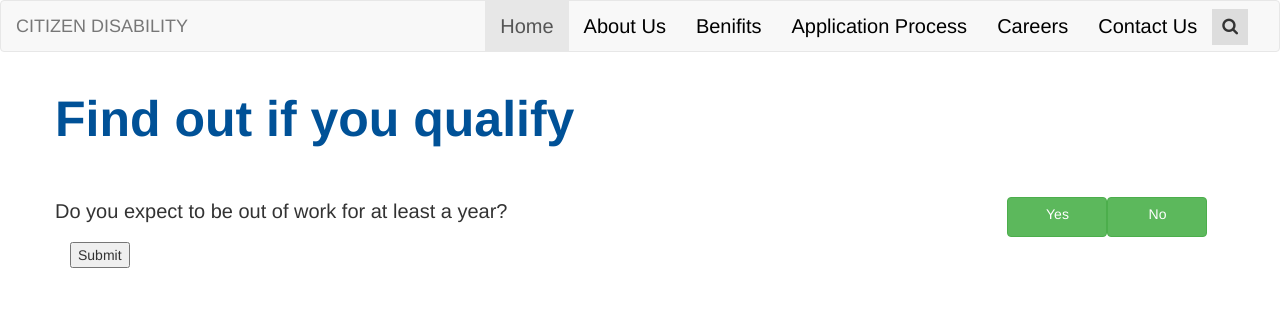
Repository: welcome0605/Embed-html-integrate-with-API
Page: Home.html
The author's editor kept a copy of each file at every save. The page is drawn from the files as they stood at one save, then again after the next save.
The browser window is 1280 px wide. The pictures show the whole page.

Above is the page before, as saved 2019-04-27 15:18:18.

### Home.html
<!DOCTYPE html>
<html lang="en">
<head>
  <title>CITIZEN DISABILITY</title>
  <meta charset="utf-8">
  <meta name="viewport" content="width=device-width, initial-scale=1">
  <link rel="stylesheet" href="https://maxcdn.bootstrapcdn.com/bootstrap/3.4.0/css/bootstrap.min.css">
  <script src="https://ajax.googleapis.com/ajax/libs/jquery/3.3.1/jquery.min.js"></script>
  <script src="https://maxcdn.bootstrapcdn.com/bootstrap/3.4.0/js/bootstrap.min.js"></script>
  <link rel = "stylesheet" type = "text/css" href = "./css/base.css" />
  <link rel="stylesheet" href="https://cdnjs.cloudflare.com/ajax/libs/font-awesome/4.7.0/css/font-awesome.min.css">
</head>
<body>

<nav class="navbar navbar-default">
  <div class="container-fluid">
    <div class="navbar-header">
      <a class="navbar-brand" href="Home.html">CITIZEN DISABILITY</a>
    </div>
    <ul class="nav navbar-nav div_right">
      <li class="active"><a href="Home.html">Home</a></li>
      <li><a href="About Us.html">About Us</a></li>
      <li><a href="Benifits.html">Benifits</a></li>
      <li><a href="Application Process.html">Application Process</a></li>
      <li><a href="Careers.html">Careers</a></li>
      <li><a href="Contact Us.html">Contact Us</a></li>
      <!-- <input type="text" placeholder="Search.." name="search"> -->
      <button type="button"><i class="fa fa-search"></i></button>
    </ul>
  </div>
</nav>

<div class="container">
  <!-- <h3>Basic Navbar Example1</h3>
  <p>A navigation bar is a navigation header that is placed at the top of the page.</p> -->
  <!-- <form method="POST"> -->
    <div class="div_entire">
      <div class="row"><h2 class="title">Find out if you qualify</h2></div>
      <div class="row radio_buttons" id="question_1_container">
        <div class="div_label">Do you expect to be out of work for at least a year?</div>
        <div class="btn-group-toggle" data-toggle="buttons">
          <label class="btn btn-success radio_q"><input type="radio"  value="Yes"  class="form_input valid" >Yes</label>
          <label class="btn btn-success radio_q"><input type="radio"  value="No"  class="form_input valid" >No</label>
        </div>
      </div>
      <input type="submit" value="Submit">
    </div>
  <!-- </form> -->
</div>

</body>
</html>

### css/base.css
navbar-default .navbar-nav>.active>a, .navbar-default .navbar-nav>.active>a:focus, .navbar-default .navbar-nav>.active>a:hover {
    background-color: #005197 !important;
    color: white;
}

.navbar-default .navbar-nav>li>a {
    color: black;
    font-size: 20px;
}

.div_right input[type=text] {
    padding: 6px;
    margin-top: 8px;
    font-size: 17px;
    border: none;
}

.div_right button {
    float: right;
    padding: 6px 10px;
    margin-top: 8px;
    margin-right: 16px;
    background: #ddd;
    font-size: 17px;
    border: none;
    cursor: pointer;
}

.div_right {
    float: right;
}

.radio_buttons {
    display: inline-flex;
}

.div_label {
    font-size: 20px;
    margin-right: 500px;
}

.btn-group-toggle {
    display: inline-flex;
}

.radio_q {
    /* margin-left: 50px; */
    width: 100px;
    height: 40px;
}

.radio_q:active {
    background-color: #005197;
}

.title {
    color: #005197;
    font-weight: 700;
    margin-bottom: 50px;
    font-size: 50px;
}

After the next save:
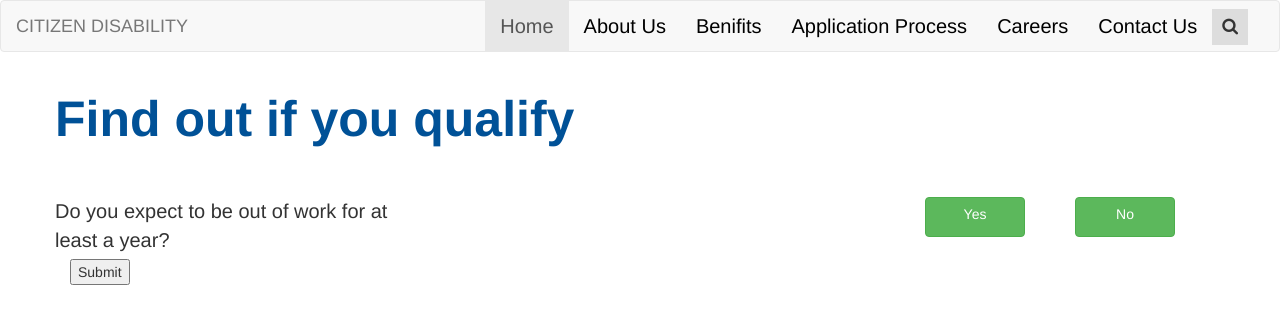
Saved 23 s later.
--- a/css/base.css
+++ b/css/base.css
@@ -44,7 +44,7 @@ navbar-default .navbar-nav>.active>a, .navbar-default .navbar-nav>.active>a:focu
 }
 
 .radio_q {
-    /* margin-left: 50px; */
+    margin-right: 50px;
     width: 100px;
     height: 40px;
 }
